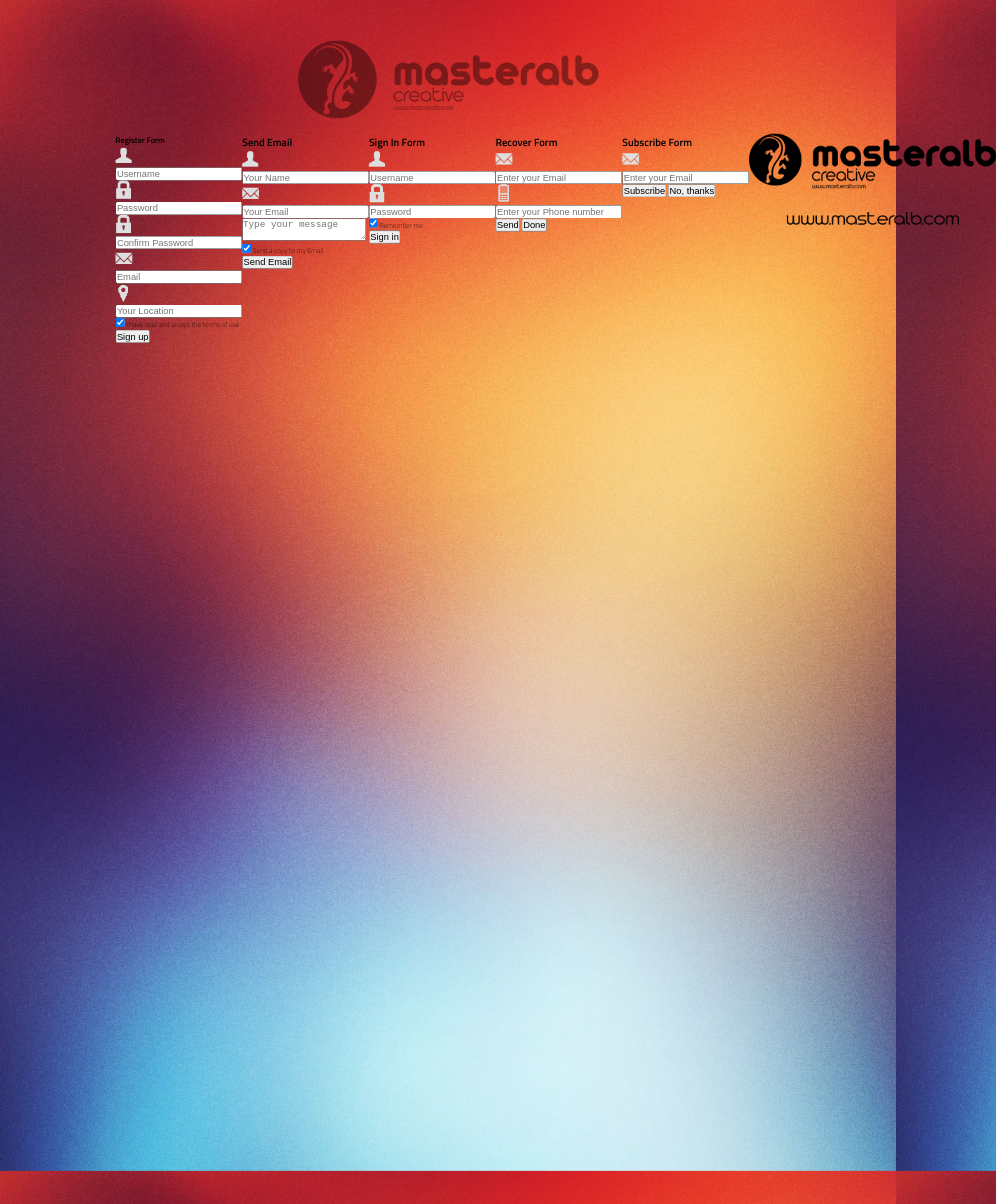
Repository: achwesiuk/PSD-Masteralb
Page: index.html
The author's editor kept a copy of each file at every save. The page is drawn from the files as they stood at one save, then again after the next save.
The browser window is 1280 px wide. The page is 1423 px wide, then 1280 px, then 1423 px, so the pictures cover 1423 px, including what lies to the right of the window. The pictures show the part of the page from y = 0 to 1720 px (the page is 8526 px tall), at 70% of full size.
Backgrounds fixed to the window are drawn as part of the page. The style sheet was rebuilt from its Sass, Less or Tailwind sources for each picture, by a compiler version that may differ from the author's.

Above is the page before, as saved 2021-03-12 14:31:24.

### index.html
<!DOCTYPE html>
<html lang="en">
<head>
    <meta charset="UTF-8">
    <meta http-equiv="X-UA-Compatible" content="IE=edge">
    <meta name="viewport" content="width=device-width, initial-scale=1.0">
    <title>Masteralb Creative</title>
    <link rel="stylesheet" type="text/css" href="css/main.css">
    <link href="https://fonts.googleapis.com/css2?family=Titillium+Web:wght@200;600&display=swap" rel="stylesheet">
</head>
<body>
    <header class="header">
        <img src="img/logo_1.png" alt="Logo 1" class="header__logo">
    </header>
    <main class="main">
        <div class="container">
            <form class="form">
                <h3 class="form__header">Register Form</h3>
                <div class="form__group">
                    <label for="name-1" class="form__desc">
                        <img src="img/username.png" alt="Username" class="form__img">
                    </label>
                    <span class="form__line"></span>
                    <input type="text" id="name-1" placeholder="Username" class="form__input" required>
                </div>

                <div class="form__group">
                    <label for="password-1" class="form__desc">
                        <img src="img/password.png" alt="Password" class="form__img">
                    </label>
                    <span class="form__line"></span>
                    <input type="password" id="password-1" placeholder="Password" class="form__input" required>
                </div>

                <div class="form__group">
                    <label for="confirm" class="form__desc">
                        <img src="img/password.png" alt="Password" class="form__img">
                    </label>
                    <span class="form__line"></span>
                    <input type="text" id="confirm" placeholder="Confirm Password" class="form__input" required>
                </div>

                <div class="form__group">
                    <label for="message-1" class="form__desc">
                        <img src="img/email.png" alt="Email" class="form__img">
                    </label>
                    <span class="form__line"></span>
                    <input type="email" id="message-1" placeholder="Email" class="form__input" required>
                </div>

                <div class="form__group">
                    <label for="location" class="form__desc">
                        <img src="img/icon_maps.png" alt="Location" class="form__img">
                    </label>
                    <span class="form__line"></span>
                    <input type="text" id="location" placeholder="Your Location" class="form__input" required>
                </div>

                <div class="form__group">
                    <input type="checkbox" name="terms" class="form__tick" checked>
                    <label class="form__desc">I have read and accept the terms of use</label>
                </div>

                <div class="form__group">
                    <input type="submit" value="Sign up" class="form__btn form__btn--big">
                </div>
            </form>

            <form class="form">
                <h2 class="form__header">Send Email</h2>
                <div class="form__group">
                    <label for="name-2" class="form__desc">
                         <img src="img/username.png" alt="Username" class="form__img">
                    </label>
                    <span class="form__line"></span>
                    <input type="text" id="name-2" placeholder="Your Name" class="form__input" required>
                </div>

                <div class="form__group">
                    <label for="message-2" class="form__desc">
                        <img src="img/email.png" alt="Email" class="form__img">
                    </label>
                    <span class="form__line"></span>
                    <input type="email" id="message-2" placeholder="Your Email" class="form__input" required>
                </div>

                <div class="form__group">
                    <textarea name="message" placeholder="Type your message" class="form__message"></textarea>
                </div>

                <div class="form__group">
                    <input type="checkbox" name="terms" class="form__tick" checked>
                    <label class="form__desc">Send a copy to my Email</label>
                </div>

                <div class="form__group">
                    <input type="submit" value="Send Email" class="form__btn form__btn--big">
                </div>
            </form>

            <form class="form">
                <h2 class="form__header">Sign In Form</h2>
                <div class="form__group">
                    <label for="name-3" class="form__desc">
                        <img src="img/username.png" alt="Username" class="form__img">
                    </label>
                    <span class="form__line"></span>
                    <input type="text" id="name-3" placeholder="Username" class="form__input" required>
                </div>

                <div class="form__group">
                    <label for="password-2" class="form__desc">
                        <img src="img/password.png" alt="Password" class="form__img">
                    </label>
                    <span class="form__line"></span>
                    <input type="password" id="password-2" placeholder="Password" class="form__input" required>
                </div>

                <div class="form__group">
                    <input type="checkbox" name="terms" class="form__tick" checked>
                    <label class="form__desc">Remember me</label>
                </div>

                <div class="form__group">
                    <input type="submit" value="Sign in" class="form__btn form__btn--big">
                </div>
            </form>

            <form class="form">
                <h2 class="form__header">Recover Form</h2>
                <div class="form__group">
                    <label for="email-3" class="form__desc">
                        <img src="img/email.png" alt="Email" class="form__img">
                    </label>
                    <span class="form__line"></span>
                    <input type="email" id="email-3" placeholder="Enter your Email" class="form__input" required>
                </div>

                <div class="form__group">
                    <label for="number" class="form__desc">
                        <img src="img/phone.png" alt="Phone Number" class="form__img">
                    </label>
                    <span class="form__line"></span>
                    <input type="text" id="number" placeholder="Enter your Phone number" class="form__input" required>
                </div>

                <div class="form__group">
                    <input type="submit" value="Send" class="form__btn form__btn--small">
                    <input type="submit" value="Done" class="form__btn form__btn--small">
                </div>
            </form>

            <form class="form">
                <h2 class="form__header">Subscribe Form</h2>
                <div class="form__group">
                    <label for="email-4" class="form__desc">
                        <img src="img/email.png" alt="Email" class="form__img">
                    </label>
                    <span class="form__line"></span>
                    <input type="email" id="email-4" placeholder="Enter your Email" class="form__input" required>
                </div>

                <div class="form__group">
                    <input type="submit" value="Subscribe" class="form__btn form__btn--small">
                    <input type="submit" value="No, thanks" class="form__btn form__btn--small">
                </div>
            </form>

            <div class="logo-down">
                <img src="img/logo_2.png" alt="Logo" class="logo-down__img">
            </div>
        </div>

    </main>
</body>
</html>

### sass/main.scss
*,
*::before,
*::after{
    margin: 0;
    padding: 0;
    box-sizing: inherit;
}

html{
    font-size: 62.5%; //10px
}

body {
    box-sizing: border-box;
    max-width: 95rem;
    margin: 5.5rem auto;
    font-family: 'Titillium Web', sans-serif;
    background: url(../img/bg.jpg) no-repeat fixed center;
    background-size: cover;
}

.header {
    margin-bottom: 2rem;

     &__logo {
         display: block;
         margin: 0 auto;
         opacity: .4;
     }
}

.main {
    min-height: 1150vh;
}

.container {
    display: flex;
    -ms-flex-direction: column;
}

.form {
}

After the next save:
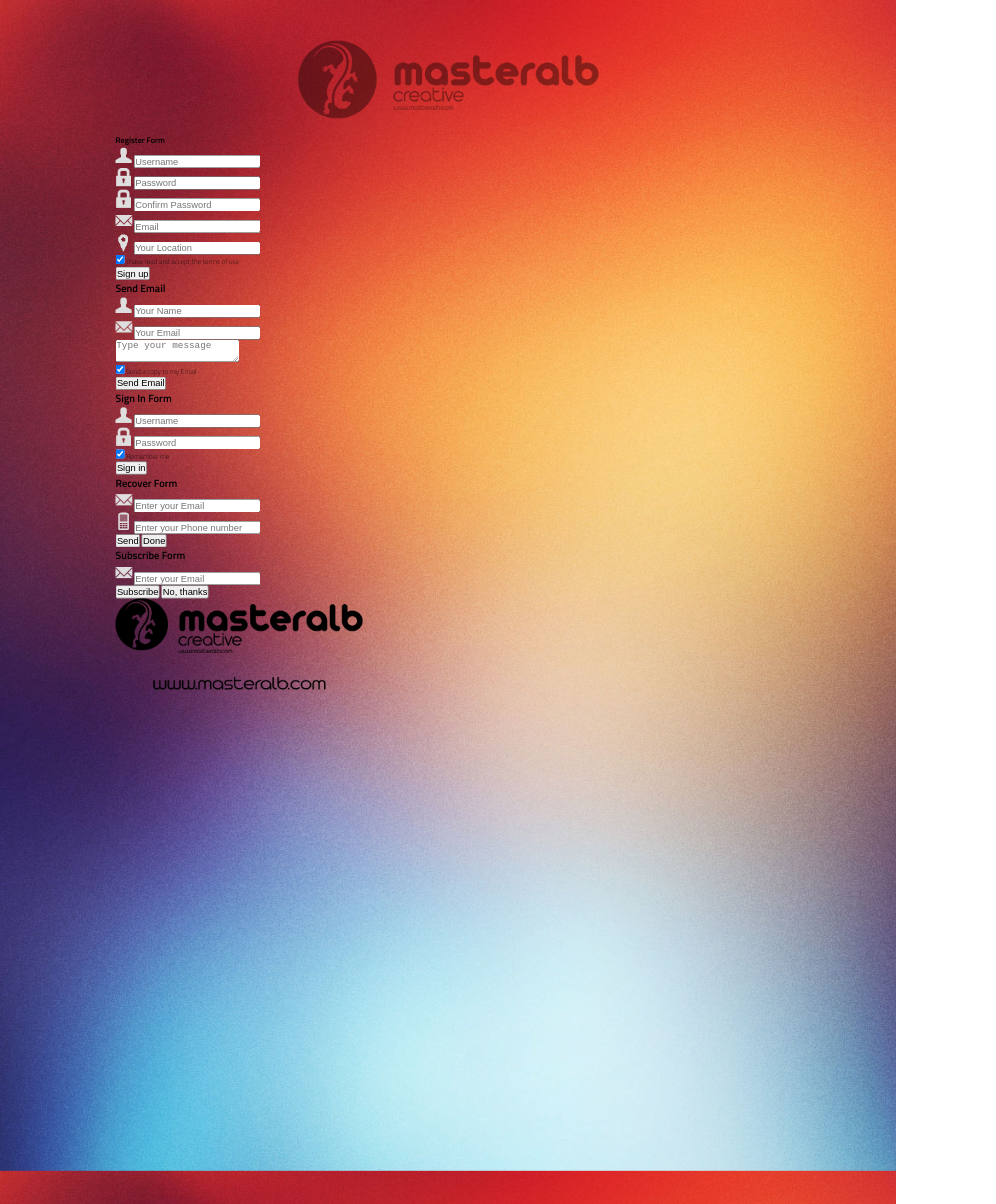
Saved 65 s later.
--- a/sass/main.scss
+++ b/sass/main.scss
@@ -35,7 +35,7 @@
 
 .container {
     display: flex;
-    -ms-flex-direction: column;
+    flex-direction: column;
 }
 
 .form {

After the save that followed:
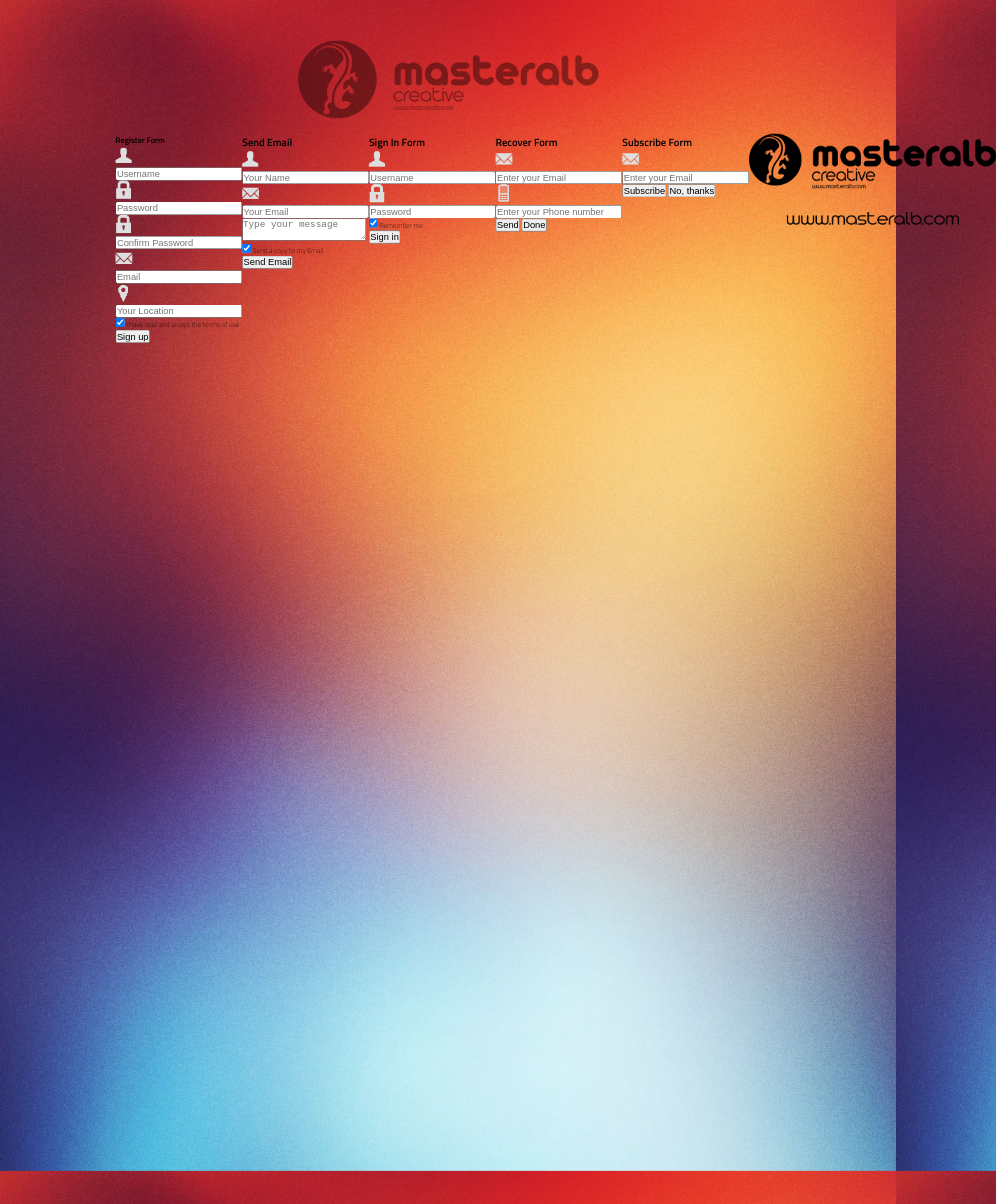
Saved 59 s later.
--- a/sass/main.scss
+++ b/sass/main.scss
@@ -35,7 +35,6 @@
 
 .container {
     display: flex;
-    flex-direction: column;
 }
 
 .form {
